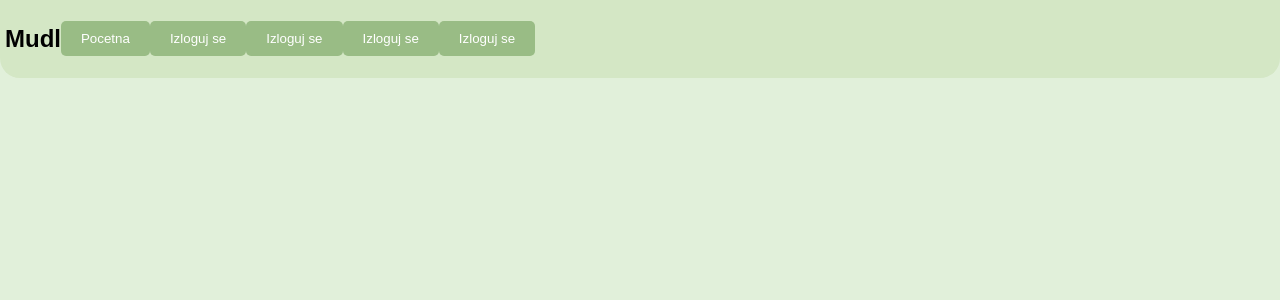
Repository: MarkoKillin/RazvojInformacionihSistemaProjekat
Page: http://localhost/MudlWeb/headers/admin_header.jsp
These files come from the project's save history. The page is drawn as it stood at one moment and after the next save; the edit follows.
The browser window is 1280 px wide. The pictures show the whole page.
The page is served by Tomcat 10. Other server files are loaded and not shown.

Above is the page before, as saved 2024-01-28 17:44:08.

### MudlWeb/src/main/webapp/headers/admin_header.jsp
<%@ page language="java" contentType="text/html; charset=UTF-8"
	pageEncoding="UTF-8"%>
<!DOCTYPE html>
<html lang="en">
<head>
<meta charset="UTF-8">
<meta name="viewport" content="width=device-width, initial-scale=1.0">
<title>Admin Mudl</title>
<link rel="stylesheet" type="text/css"
	href="${pageContext.request.contextPath}/css/styles.css">
</head>
<body>

	<header>
		<h2>Mudl</h2>
		<a href="/Mudl/admin/home"><button>Pocetna</button></a>
		<a href="/Mudl/logout"><button>Izloguj se</button></a>
		<a href="/Mudl/logout"><button>Izloguj se</button></a>
		<a href="/Mudl/logout"><button>Izloguj se</button></a>
		<a href="/Mudl/logout"><button>Izloguj se</button></a>

	</header>

</body>
</html>

### MudlWeb/src/main/webapp/css/styles.css
@charset "UTF-8";

:root {
	--primary-color: #E1F0DA;
	--secondary-color: #D4E7C5;
	--accent-color: #BFD8AF;
	--highlight-color: #99BC85;
}

body {
	font-family: 'Arial', sans-serif;
	background-color: var(--primary-color);
	color: black;
	height: 100vh;
	margin: 0%;
}

header {
	background-color: var(--secondary-color);
	padding: 5px;
	display: flex;
	flex-direction: row;
	align-items: center;
	border-bottom-left-radius: 20px;
	border-bottom-right-radius: 20px;
}

header nav {
        display: flex;
        justify-content: right;
    }

footer {
	background-color: var(--secondary-color);
	padding: 10px;
	text-align: center;
	position: fixed;
	bottom: 0;
	width: 100%;
}


button {
	background-color: var(--highlight-color);
	color: white;
	padding: 10px 20px;
	border: none;
	border-radius: 5px;
	cursor: pointer;

}

button:hover {
	background-color: var(--primary-color);
	color: black;
}

After the next save:
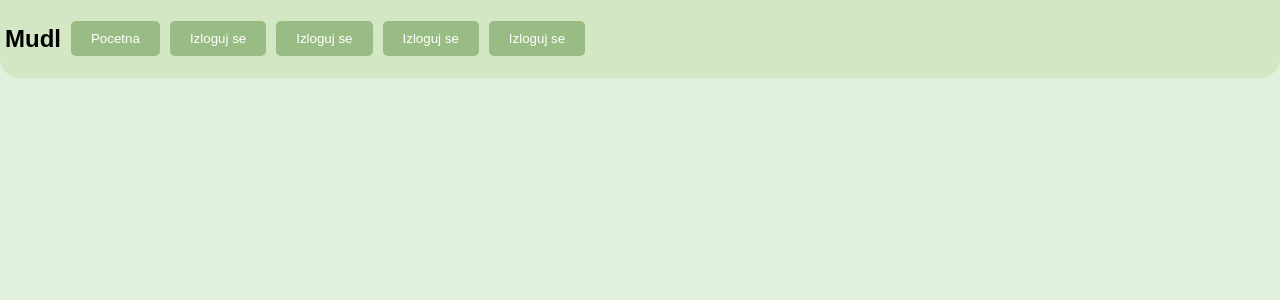
Saved 26 s later.
--- a/MudlWeb/src/main/webapp/css/styles.css
+++ b/MudlWeb/src/main/webapp/css/styles.css
@@ -47,7 +47,7 @@ button {
 	border: none;
 	border-radius: 5px;
 	cursor: pointer;
-
+	margin-left: 10px;
 }
 
 button:hover {
